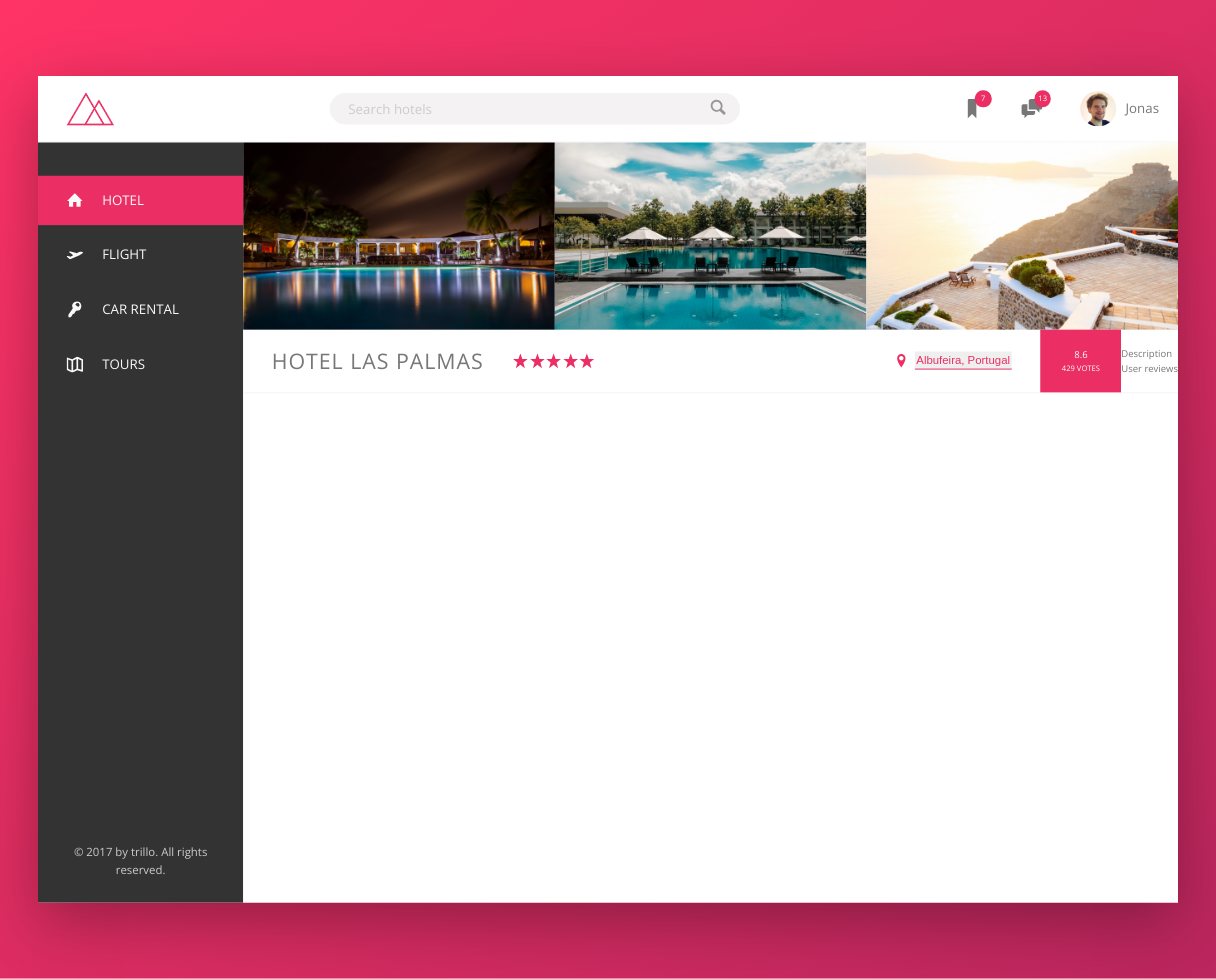
Repository: MalgorzataMazur/Trillo
Page: index.html
These files come from the project's save history. The page is drawn as it stood at one moment and after the next save; the edit follows.
The browser window is 1280 px wide. The pictures show the whole page, at 95% of full size.
The style sheet was rebuilt from its Sass, Less or Tailwind sources for each picture, by a compiler version that may differ from the author's.

Above is the page before, as saved 2020-03-27 18:09:06.

After the next save:
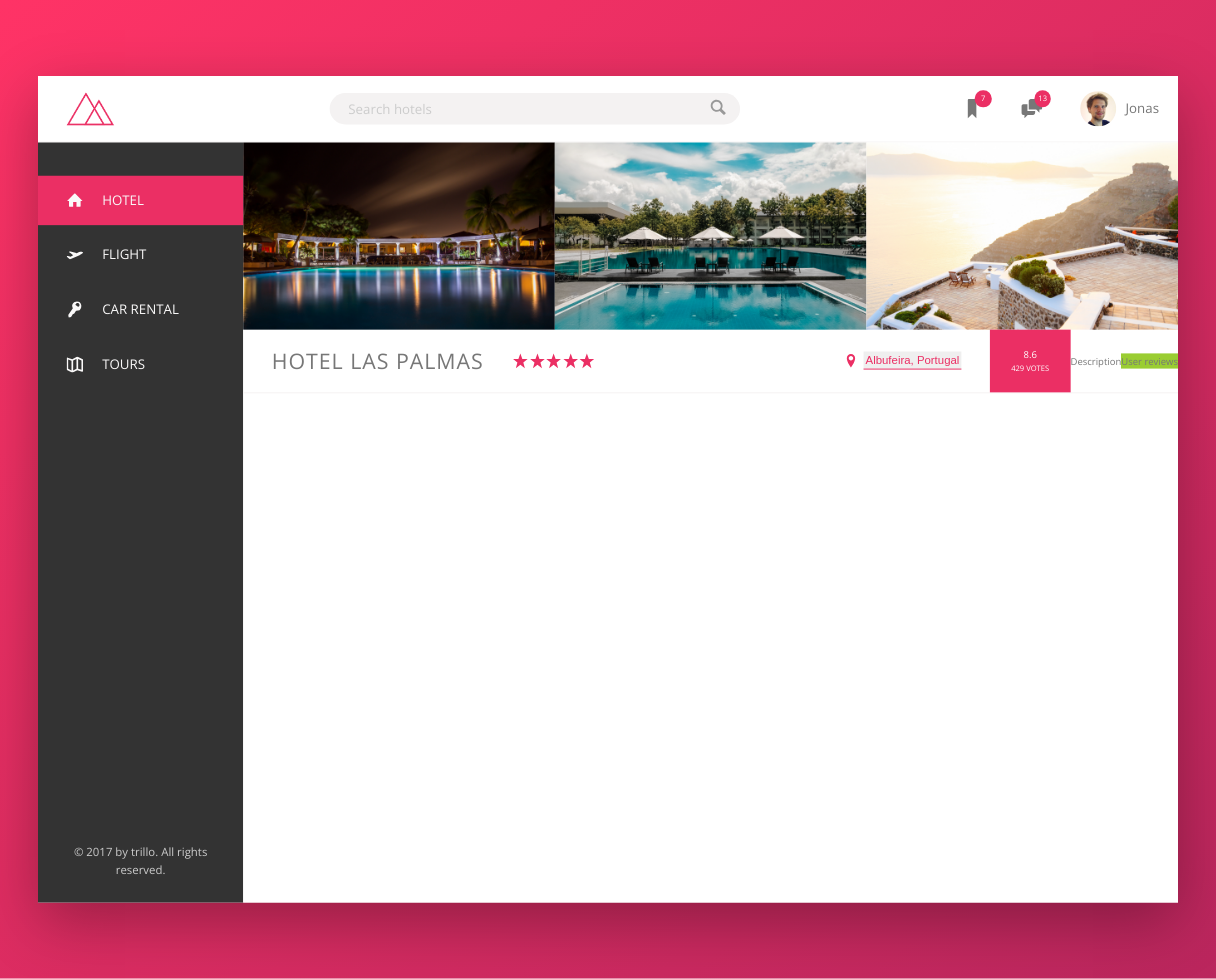
Saved 3 min 33 s later.
--- a/sass/_layout.scss
+++ b/sass/_layout.scss
@@ -39,3 +39,15 @@
 
     flex: 1; //by using flex 1 element should grow as much as that can; na tyle ile ma przestrzeni
 }
+
+.detail {
+    display: flex;
+}
+
+.description {
+    background-color: orangered;
+}
+
+.user-reviews {
+    background-color: yellowgreen;
+}
